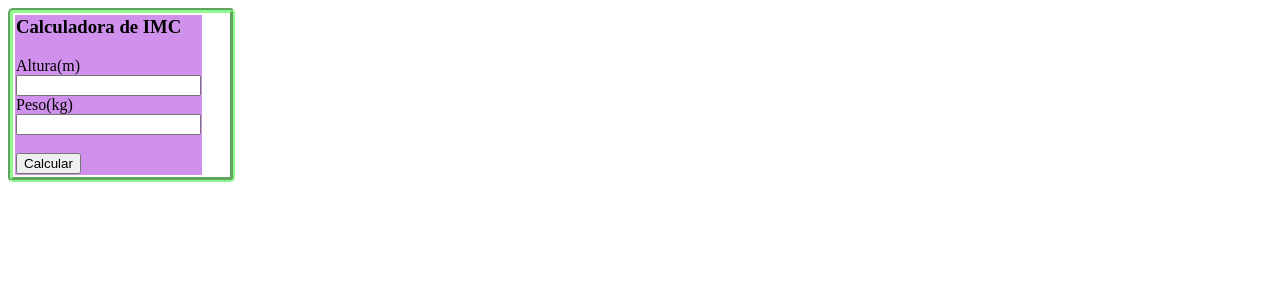
Repository: Patriciamativi/Projetos
Page: index.html
The author's editor kept a copy of each file at every save. The page is drawn from the files as they stood at one save, then again after the next save.
The browser window is 1280 px wide. The pictures show the whole page.

Above is the page before, as saved 2022-11-21 15:04:42.

### index.html
<html>
    <head>
        <title>Calculadora de IMC</title>
        <meta charset="utf-8"/>

        <style type="text/css">

            p {
                border: 5px groove rgb(144, 248, 144);
                border-radius: 5px;
                width: 217px;
            }
            td {

                background-color: rgb(207, 145, 236);
            }

        </style>
    </head>
   <p>
<table border="0">
    <body>
         <tr>
            <td> <h3>Calculadora de IMC</h3>

            Altura(m)<br/>
            <input type: "number" > </br>

            Peso(kg)<br/>
            <input type: "number" > </br> </br>

            <input type= "submit" value="Calcular"> </td> </tr>

    </table>
</p>
</body>
</html>

After the next save:
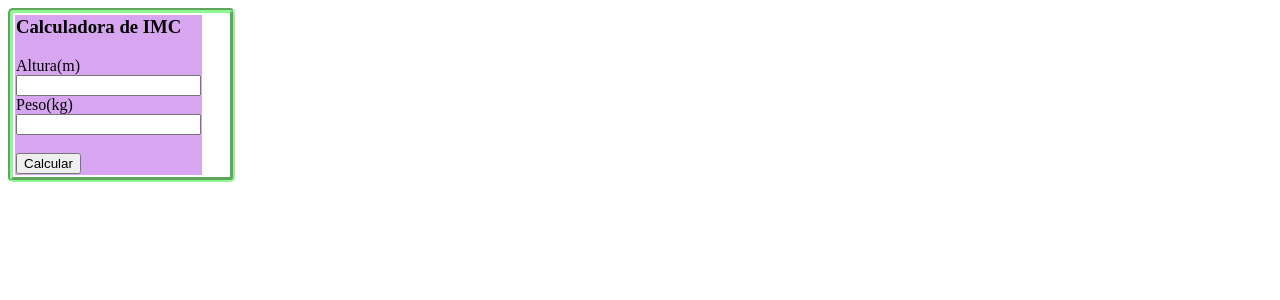
Saved 4 s later.
--- a/index.html
+++ b/index.html
@@ -12,7 +12,7 @@
             }
             td {
 
-                background-color: rgb(207, 145, 236);
+                background-color: rgb(216, 166, 240);
             }
 
         </style>
